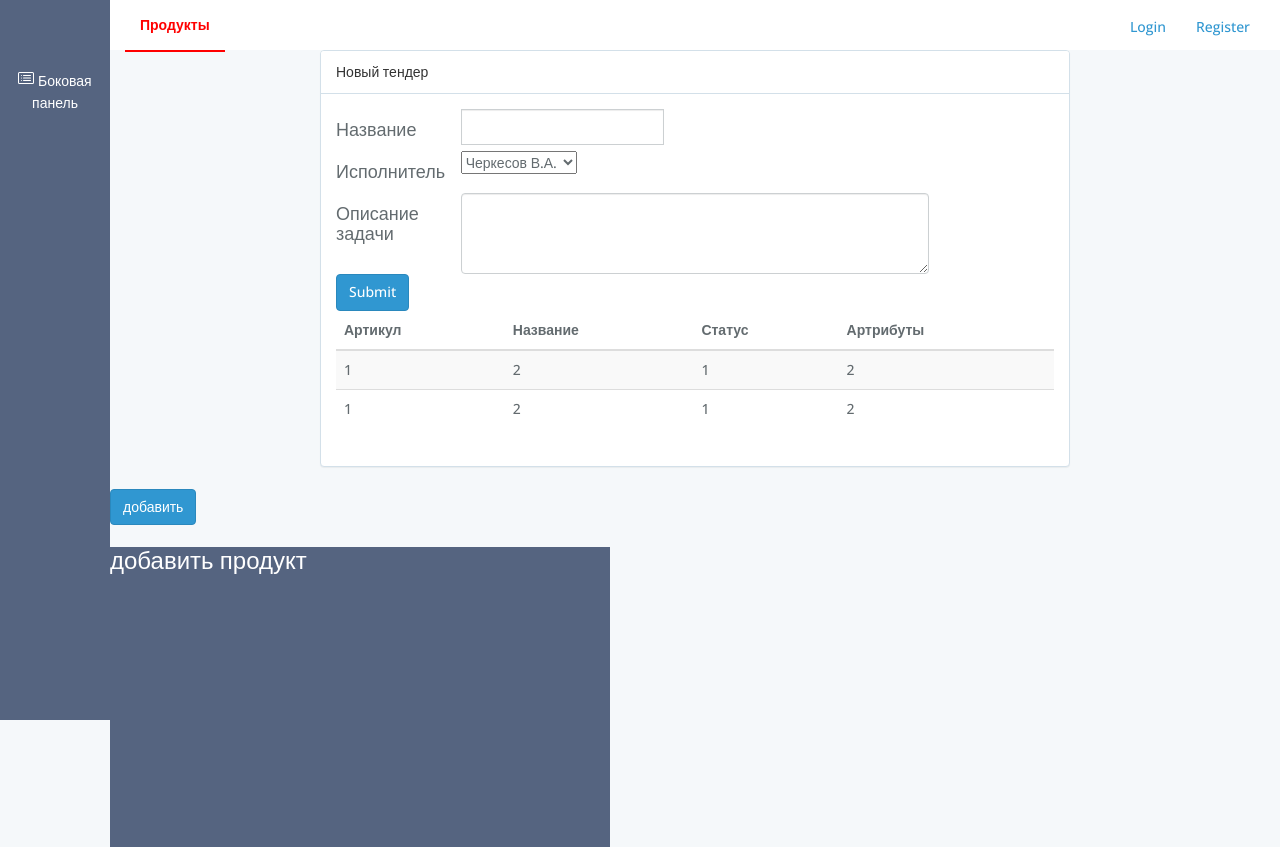
Repository: blackjack043/laravel-crud
Page: http://localhost/page2
An editor plug-in stored every save of this project. The page is shown before and after the next save, followed by the edit.
The browser window is 1280 px wide. The pictures show the whole page.
Some web fonts or font styles are not loaded; a fallback is used. The page is served by the project's Laravel application, run on PHP 8.4 with Laravel 8.

Above is the page before, as saved 2022-03-07 15:54:57.

After the next save:
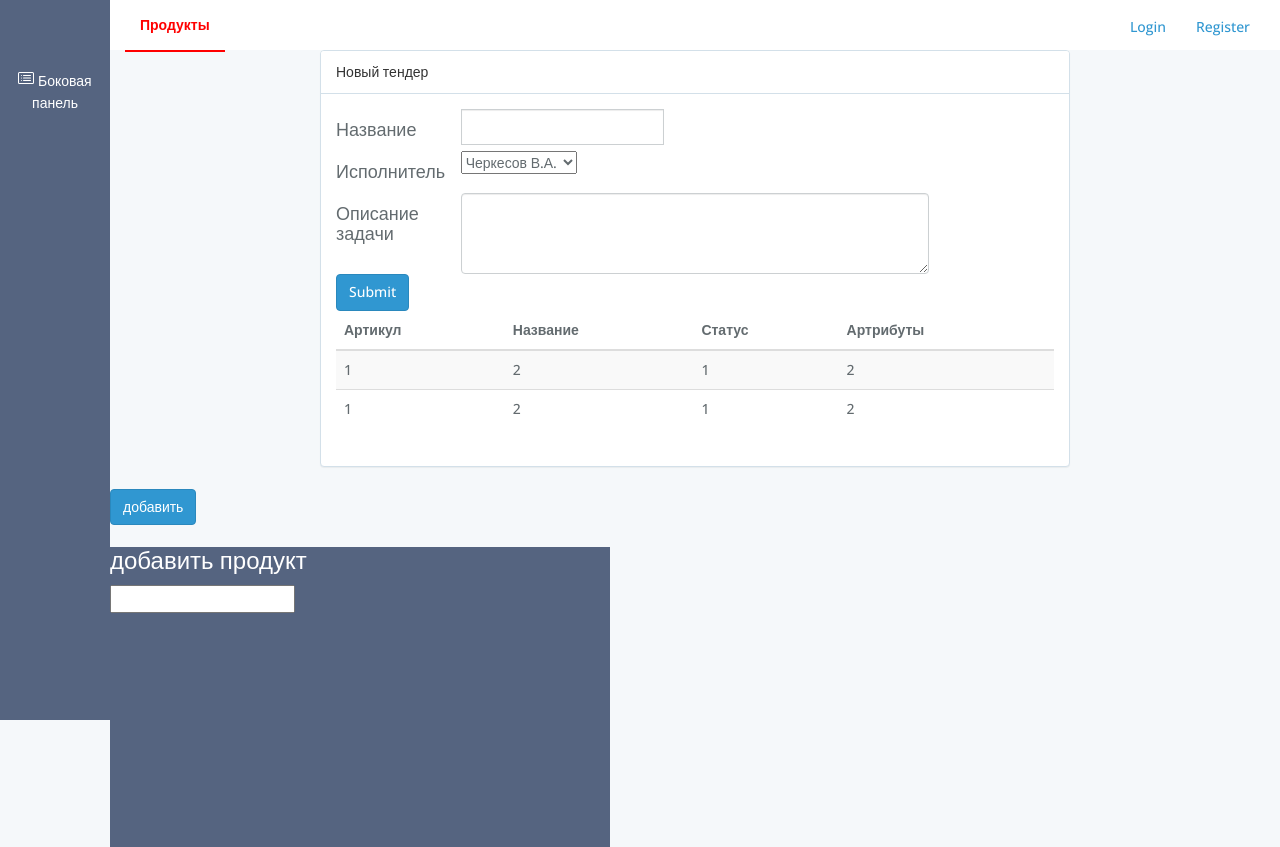
Saved 41 s later.
--- a/resources/views/page2.blade.php
+++ b/resources/views/page2.blade.php
@@ -91,6 +91,7 @@
 <button class="btn btn-primary">добавить</button>
 <div style="background-color: #556480;width:500px;height: 300px;color: white">
     <div><h3>добавить продукт</h3></div>
+    <div><input type="text" /> </div>
 </div>
 
 </div>
